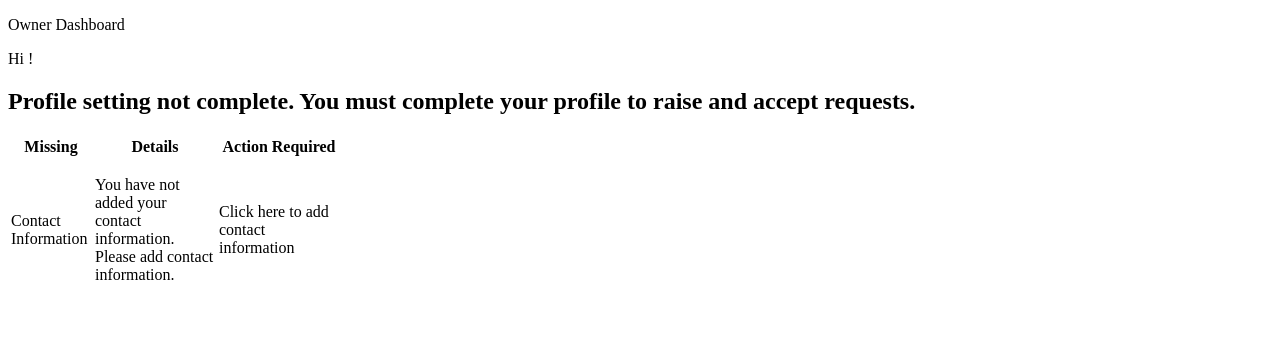
Repository: vasuanne/PetDiaries
Page: http://localhost/SpringMVC/WEB-INF/views/ownerDashboard.jsp
These files come from the project's save history. The page is drawn as it stood at one moment and after the next save; the edit follows.
The browser window is 1280 px wide. The pictures show the whole page.
The page is served by Tomcat 9. Nobody is signed in. Other server files are loaded and not shown. The template is opened directly, without the code that normally fills it, so the values that code supplies are empty.

Above is the page before, as saved 2017-04-26 19:46:32.

### oopsWorkspace/SpringMVC/src/main/webapp/WEB-INF/views/ownerDashboard.jsp
<%@ page language="java" contentType="text/html; charset=UTF-8"
    pageEncoding="UTF-8"%>
<%@ taglib uri="http://java.sun.com/jsp/jstl/core" prefix="c" %>
<!DOCTYPE html PUBLIC "-//W3C//DTD HTML 4.01 Transitional//EN" "http://www.w3.org/TR/html4/loose.dtd">
<html>
<head>
<meta http-equiv="Content-Type" content="text/html; charset=UTF-8">
<title>Owner Dashboard</title>
</head>
<body>
<p>Owner Dashboard</p>
<p>Hi ${firstName}! </p>


<c:if test="${petCount == 0 || !contactInfo}">
<h2>Profile setting not complete. You must complete your profile to raise and accept requests.</h2>
	<table class="tg"  border="0">
	<tr>
		<th width="80">Missing</th>
		<th width="120">Details</th>
		<th width="120">Action Required</th>
	</tr>

	<c:if test="${petCount == 0}">
	<tr>
		<td><p>Pet Information</p></td>
		<td><p>You have 0 pets available. Please add pets.</p></td>
		<td><p>Click here to add pet information</p></td>
	</tr>
	</c:if>

	<c:if test="${!contactInfo}">
	<tr>
		<td><p>Contact Information</p></td>
		<td><p>You have not added your contact information. Please add contact information.</p></td>
		<td><p>Click here to add contact information</p></td>
	</tr>
	</c:if>
	</table>
</c:if>



</body>
</html>

After the next save:
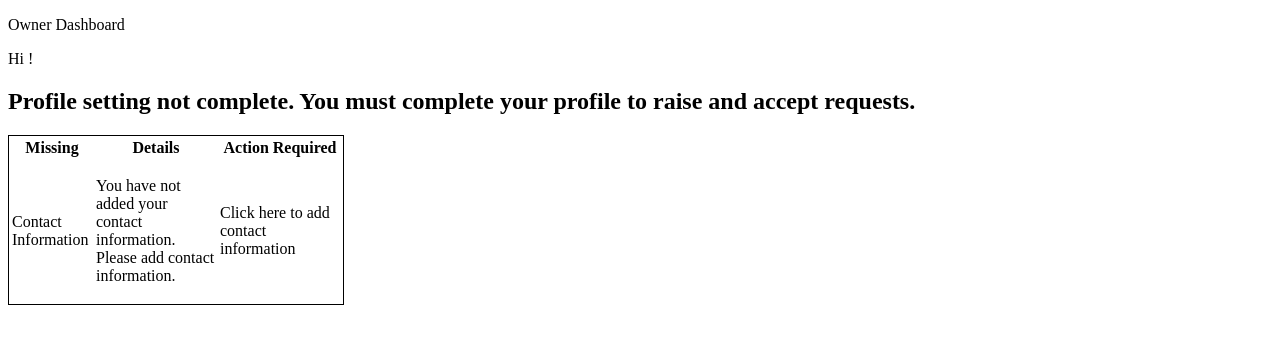
Saved 106 s later.
--- a/oopsWorkspace/SpringMVC/src/main/webapp/WEB-INF/views/ownerDashboard.jsp
+++ b/oopsWorkspace/SpringMVC/src/main/webapp/WEB-INF/views/ownerDashboard.jsp
@@ -14,7 +14,7 @@
 
 <c:if test="${petCount == 0 || !contactInfo}">
 <h2>Profile setting not complete. You must complete your profile to raise and accept requests.</h2>
-	<table class="tg"  border="0">
+	<table class="tg"  style="border:1px solid black">
 	<tr>
 		<th width="80">Missing</th>
 		<th width="120">Details</th>
